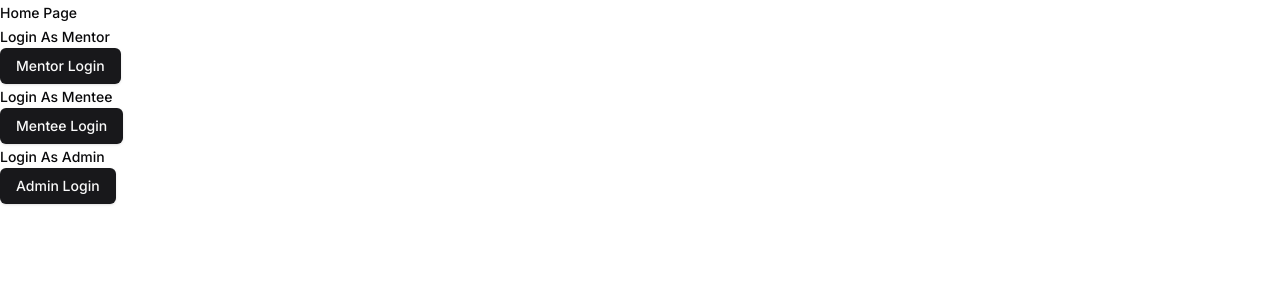
Repository: gauravbhindwar/mentorlink
Page: /
The author's editor kept a copy of each file at every save. The page is drawn from the files as they stood at one save, then again after the next save.
The browser window is 1280 px wide. The pictures show the whole page.
The project was rebuilt for these pictures with package versions that can differ from the ones it lists, and the page was loaded fresh each time. The framework's server and built-in components were replaced by stand-ins that run in the browser. Also part of the build but not shown: next.config.js, next.config.ts.

Above is the page before, as saved 2024-11-06 12:29:43.

After the next save:
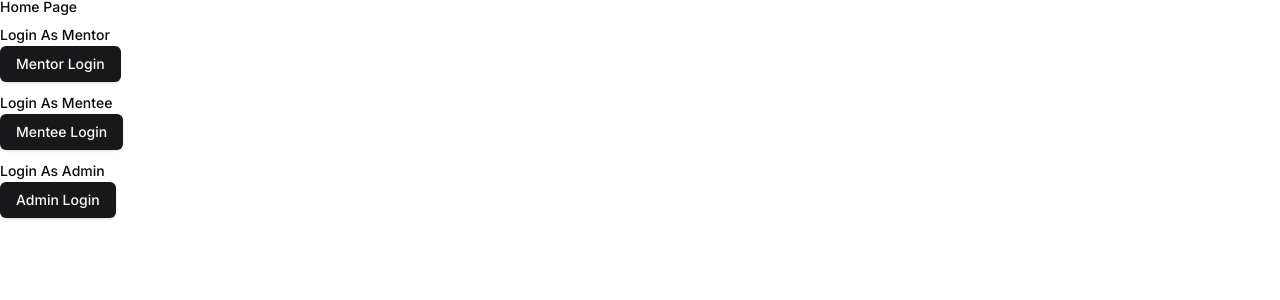
Saved 12 s later.
--- a/src/components/HomePage/HomePage.jsx
+++ b/src/components/HomePage/HomePage.jsx
@@ -4,7 +4,7 @@ import { Label } from '@/components/ui/label';
 
 const HomePage = () => {
     return (
-        <div>
+        <div className='flex flex-col gap-2'>
             <Label>Home Page</Label>
 
             <div>
